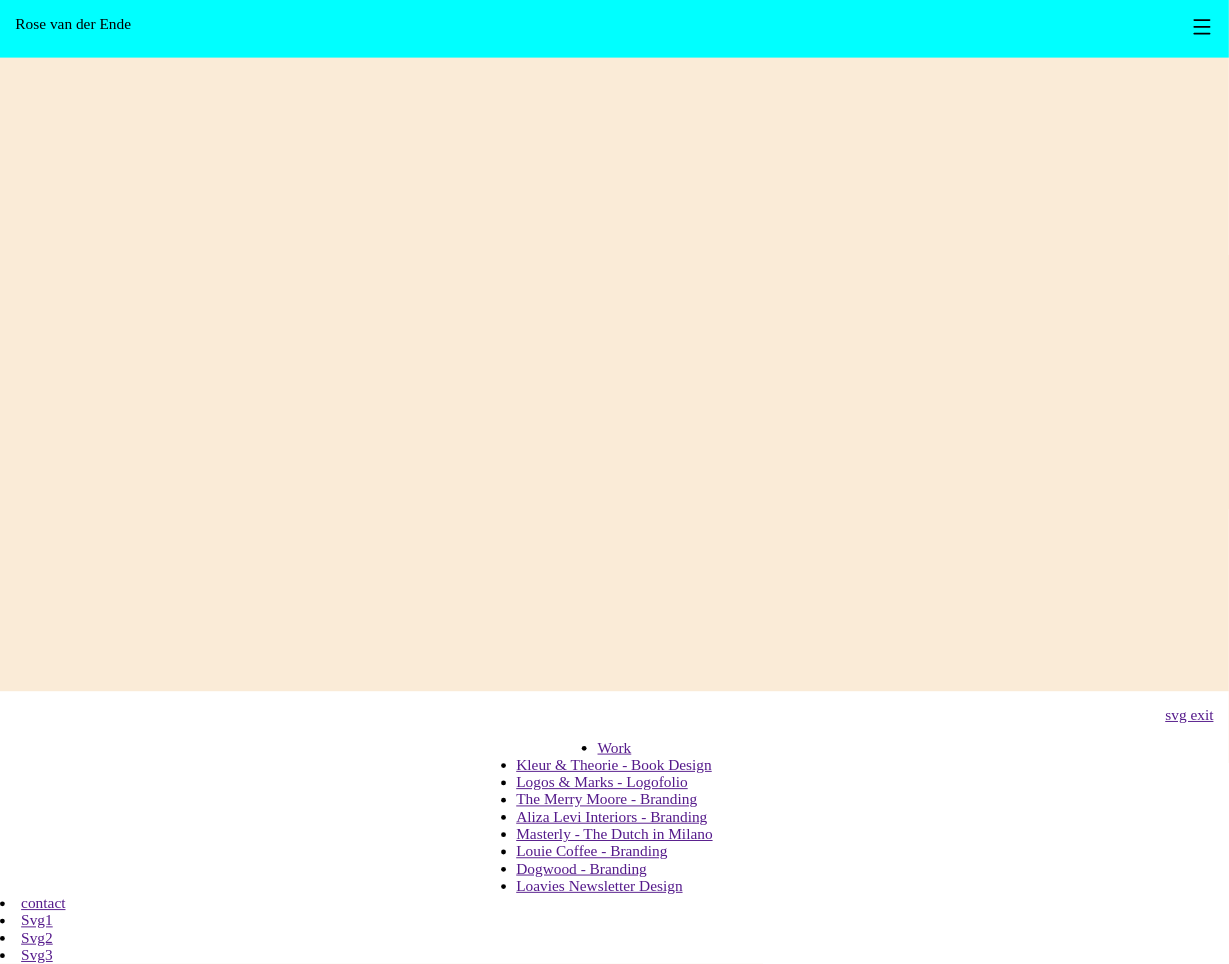
Repository: rahanwz/rose-project-daneshkar
Page: rose.html
The author's editor kept a copy of each file at every save. The page is drawn from the files as they stood at one save, then again after the next save.
The browser window is 1280 px wide. The pictures show the whole page, at 96% of full size.

Above is the page before, as saved 2024-02-25 12:12:15.
Console error: SyntaxError: Unexpected token '('

### rose.html
<!DOCTYPE html>
<html lang="en">
  <head>
    <meta charset="UTF-8" />
    <meta name="viewport" content="width=device-width, initial-scale=1.0" />
    <title>Rose</title>
    <link rel="stylesheet" href="rose.css" />
  </head>
  <body>
    <div class="container">
      <div class="navbar">
        <div class="logo">
          <div class="name_logo">Rose van der Ende</div>
          <div class="hamber_menu">
            <a href="">
              <svg class="svg-icon" viewBox="0 0 20 20">
                <path
                  fill="none"
                  d="M3.314,4.8h13.372c0.41,0,0.743-0.333,0.743-0.743c0-0.41-0.333-0.743-0.743-0.743H3.314
								c-0.41,0-0.743,0.333-0.743,0.743C2.571,4.467,2.904,4.8,3.314,4.8z M16.686,15.2H3.314c-0.41,0-0.743,0.333-0.743,0.743
								s0.333,0.743,0.743,0.743h13.372c0.41,0,0.743-0.333,0.743-0.743S17.096,15.2,16.686,15.2z M16.686,9.257H3.314
								c-0.41,0-0.743,0.333-0.743,0.743s0.333,0.743,0.743,0.743h13.372c0.41,0,0.743-0.333,0.743-0.743S17.096,9.257,16.686,9.257z"
                ></path></svg
            ></a>
          </div>
        </div>
        <div class="menu">
          <div class="exit"><a href="">svg exit</a></div>

          <div class="work">
            <ul>
              <li><a href="">Work</a></li>
            </ul>
          </div>

          <div class="items">
            <ul>
              <li><a href="">Kleur & Theorie - Book Design</a></li>
              <li><a href="">Logos & Marks - Logofolio</a></li>
              <li><a href="">The Merry Moore - Branding</a></li>
              <li><a href="">Aliza Levi Interiors - Branding</a></li>
              <li><a href="">Masterly - The Dutch in Milano</a></li>
              <li><a href="">Louie Coffee - Branding</a></li>
              <li><a href="">Dogwood - Branding</a></li>
              <li><a href="">Loavies Newsletter Design</a></li>
            </ul>
          </div>

          <div class="contact">
            <li><a href="">contact</a></li>
          </div>
          <div class="icons">
            <li><a href="">Svg1</a></li>
            <li><a href="">Svg2</a></li>
            <li><a href="">Svg3</a></li>
          </div>
        </div>
      </div>
    </div>

<div class="menu_show">
          <div class="exit"><a href="">svg exit</a></div>

          <div class="work">
            <ul>
              <li><a href="">Work</a></li>
            </ul>
          </div>

          <div class="items">
            <ul>
              <li><a href="">Kleur & Theorie - Book Design</a></li>
              <li><a href="">Logos & Marks - Logofolio</a></li>
              <li><a href="">The Merry Moore - Branding</a></li>
              <li><a href="">Aliza Levi Interiors - Branding</a></li>
              <li><a href="">Masterly - The Dutch in Milano</a></li>
              <li><a href="">Louie Coffee - Branding</a></li>
              <li><a href="">Dogwood - Branding</a></li>
              <li><a href="">Loavies Newsletter Design</a></li>
            </ul>
          </div>

          <div class="contact">
            <li><a href="">contact</a></li>
          </div>
          <div class="icons">
            <li><a href="">Svg1</a></li>
            <li><a href="">Svg2</a></li>
            <li><a href="">Svg3</a></li>
          </div>
        </div>







    <script>

      document.querySelector(".hamber_menu").addEventListener.('click',()=>{
        document.querySelector(".menu").classList.toggle(".menu_show");
      })
    </script>
  </body>
</html>

### rose.css
* {
  padding: 0;
  margin: 0;
  box-sizing: border-box;
}

.menu{
  display: none;
}

.container {
  height: 100vh;
  background-color: antiquewhite;
}

.logo {
  padding: 1rem;
  display: flex;
  background-color: aqua;
  justify-content: space-between;
}
.svg-icon {
  width: 1.5em;
  height: 1.5em;
}

.svg-icon path,
.svg-icon polygon,
.svg-icon rect {
  fill: #000;
}

.svg-icon circle {
  stroke: #000;
  stroke-width: 2;
}

.hamber_menu {
}

.exit {
  display: flex;
  padding: 1rem;
  justify-content: flex-end;
}

.work {
  display: flex;
  justify-content: center;
}

.items {
  display: flex;
  justify-content: center;
}
@media only screen and (max-width: 600px) {

}

After the next save:
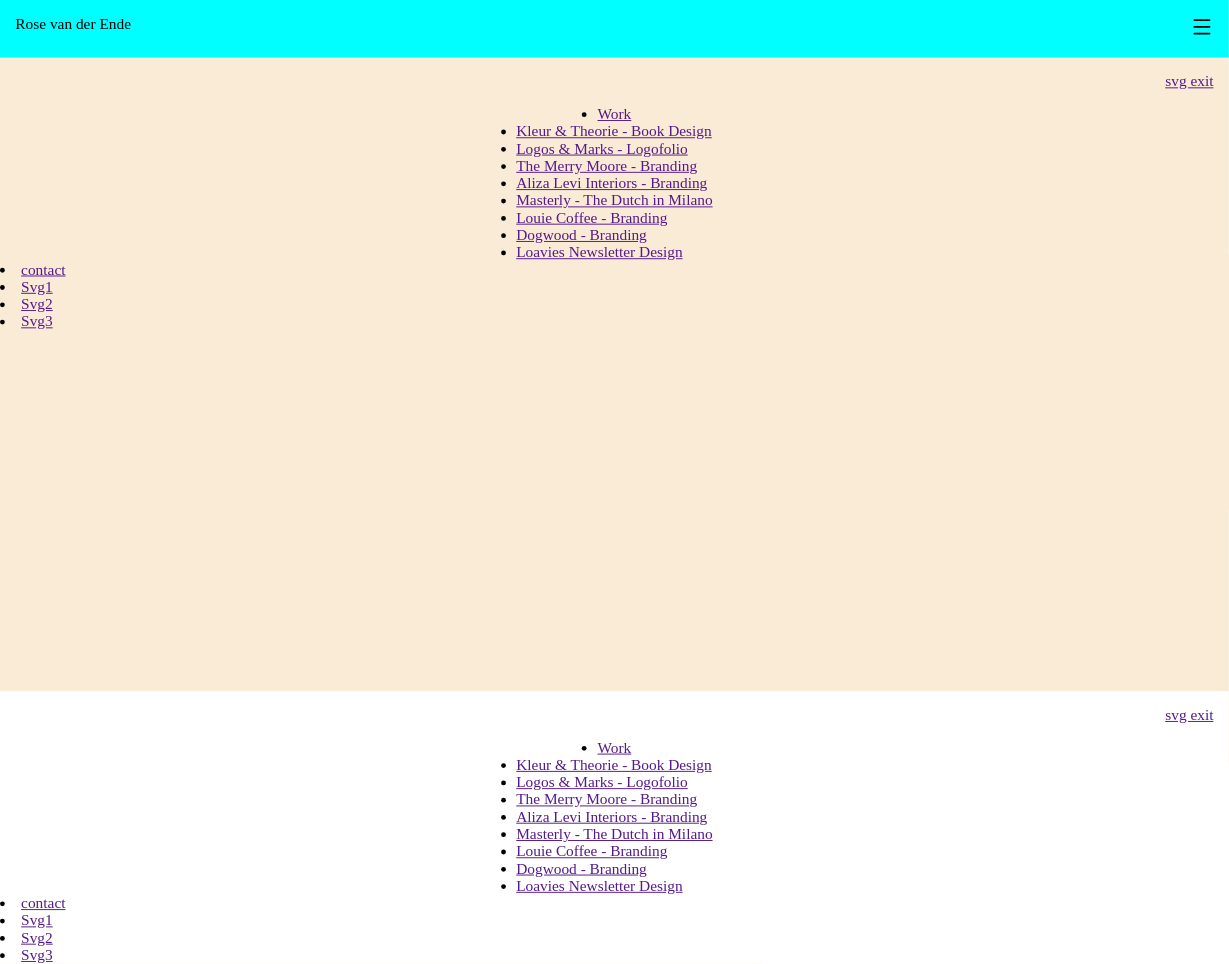
Saved 44 s later.
--- a/rose.css
+++ b/rose.css
@@ -2,10 +2,6 @@
   padding: 0;
   margin: 0;
   box-sizing: border-box;
-}
-
-.menu{
-  display: none;
 }
 
 .container {
@@ -54,5 +50,4 @@
   justify-content: center;
 }
 @media only screen and (max-width: 600px) {
-
 }
